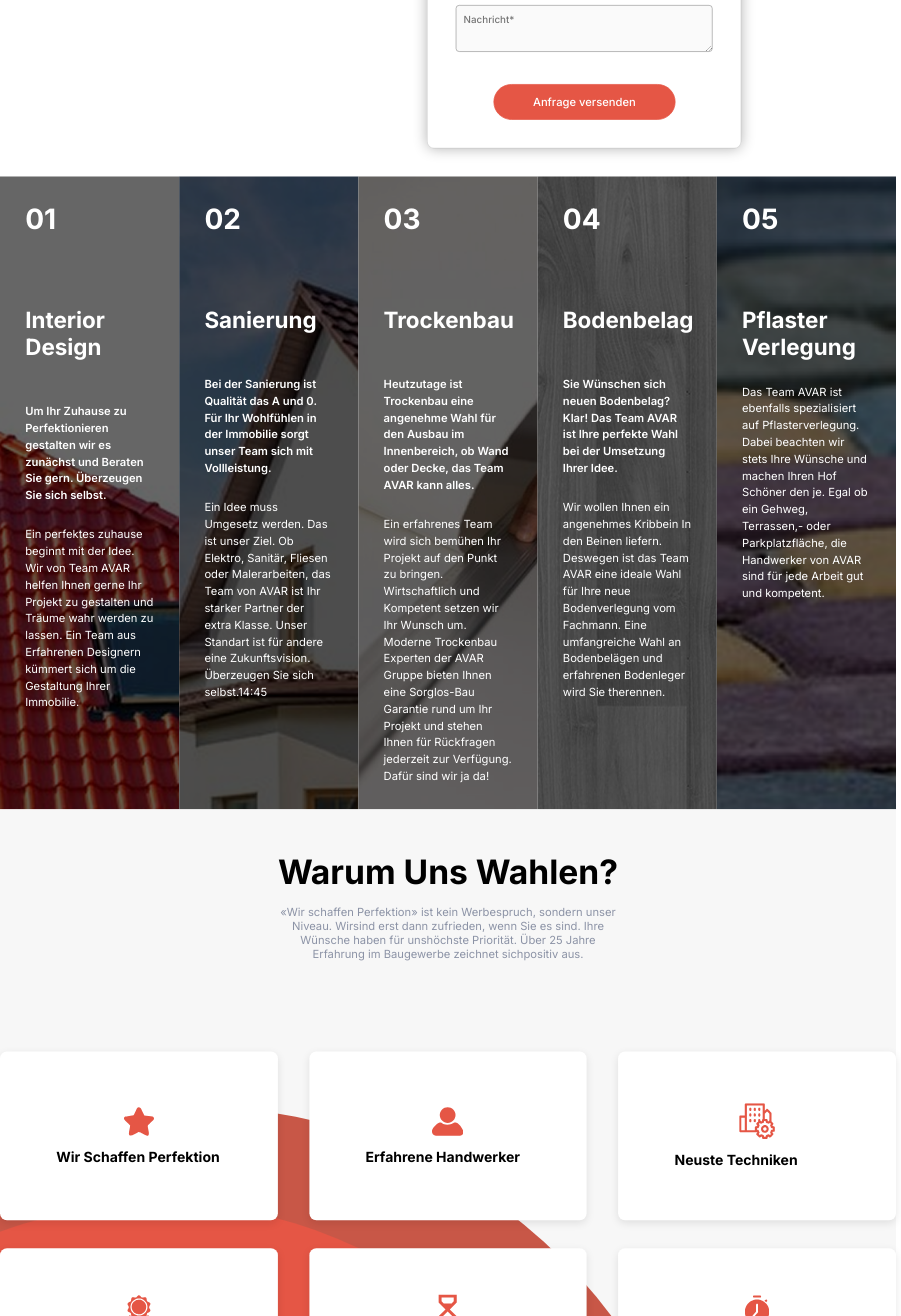
Repository: AlazarStudio/avar_react
Page: /
These files come from the project's save history. The page is drawn as it stood at one moment and after the next save; the edit follows.
The browser window is 1280 px wide. The page is 1287 px wide, so the pictures cover 1287 px, including what lies to the right of the window. The pictures show the part of the page from y = 1193 to 3073 px (the page is 7647 px tall), at 70% of full size.
The project was rebuilt for these pictures with package versions that can differ from the ones it lists, and the page was loaded fresh each time. Also part of the build but not shown: vite.config.js, src/Components/Pages/Non_Found_Page.jsx, src/Components/Pages/HomePage/HomePage.module.css, src/Components/Pages/UberUnsPage/UberUnsPage.module.css, src/Components/ui/UberUnsContainers/Container1/Container1.module.css, src/Components/ui/UberUnsContainers/Container1/Container1.jsx, src/Components/ui/UberUnsContainers/Container2/Container2.module.css, src/Components/ui/UberUnsContainers/Container2/Container2.jsx and 55 more.

Above is the page before, as saved 2025-07-04 15:38:07.

### index.html
<!DOCTYPE html>
<html lang="ru">
  <head>
    <meta charset="UTF-8" />
    <link rel="icon" type="image/svg+xml" href="/Vector.svg" />
    <meta name="viewport" content="width=device-width, initial-scale=1.0" />
    <title>AVAR</title>
    <!-- Основные мета-теги для iOS -->
    <meta name="apple-mobile-web-app-capable" content="yes" />
    <meta name="apple-mobile-web-app-status-bar-style" content="black" />
    <meta name="apple-mobile-web-app-title" content="My App" />

    <!-- Иконки для iOS -->
    <link rel="apple-touch-icon" href="/favicon-alazar-studio.png" />

    <!-- Цветовая схема для iOS (настраивает цвет адресной строки и интерфейса) -->
    <meta name="theme-color" content="#1976d2" />

    <link rel="manifest" href="/manifest.json" />
    <link
      href="https://fonts.googleapis.com/css2?family=Inter:wght@400;500;600;700&display=swap"
      rel="stylesheet"
    />

    <!-- <link rel="stylesheet" href="https://fonts.googleapis.com/css2?family=Montserrat:wght@400;700&display=swap"> -->
  </head>

  <body>
    <div id="root"></div>
    <script type="module" src="/src/main.jsx"></script>
  </body>
</html>

### src/index.css
* {
  margin: 0;
  padding: 0;
  box-sizing: border-box;
  /* font-family: 'Arial', sans-serif; */
  font-family: 'Inter', sans-serif;
  scroll-behavior: smooth;
}

a {
  text-decoration: none;
}

:root {
  --blockWidth: 1300px;
}

body {
  /* font-family: 'Arial', sans-serif; */
  font-family: 'Inter', sans-serif;
  background-color: #FFFFFF;
}

main {
  display: flex;
  flex-direction: column;
  gap: 80px;
  padding-bottom: 80px;
}

### src/Components/Standart/Layout/Layout.jsx
import React from "react";
import { Outlet } from "react-router-dom";

import Header from "../../Blocks/Header/Header"
import Footer from "../../Blocks/Footer/Footer";


function Empty({ children, ...props }) {
    return (
        <>
            <Header/>
            <Outlet />
            <Footer/>
        </>
    );
}

export default Empty;

### src/Components/Pages/HomePage/HomePage.jsx
import classes from './HomePage.module.css';

import 'swiper/css';
import 'swiper/css/navigation';
import 'swiper/css/pagination';
import Container1 from '../../ui/HomePageContainers/Container1/Container1';
import Container2 from '../../ui/HomePageContainers/Container2/Container2';
import Container3 from '../../ui/HomePageContainers/Container3/Container3';
import Container4 from '../../ui/HomePageContainers/Container4/Container4';
import Container5 from '../../ui/HomePageContainers/Container5/Container5';
import Container6 from '../../ui/HomePageContainers/Container6/Container6';
import Container7 from '../../ui/HomePageContainers/Container7/Container7';
import Container8 from '../../ui/HomePageContainers/Container8/Container8';
import Container9 from '../../ui/HomePageContainers/Container9/Container9';

function HomePage({ children, ...props }) {
  return (
    <>
      <div className={classes.contaier}>
        <Container1 />
        <Container2 />
        <Container3 />
        <Container4 />
        <Container5 />
        <Container6 />
        <Container7 />
        <Container8 />
        <Container9 />
      </div>
    </>
  );
}

export default HomePage;

### src/Components/Blocks/Header/Header.jsx
import React from 'react';
import { Link, useNavigate, useLocation } from 'react-router-dom';
import classes from './Header.module.css';

function Header({ children, ...props }) {
  const navigate = useNavigate();
  const location = useLocation(); // Получаем текущий путь

  // Условно применяем класс для синего фона на странице OneProjektPage
  const isOneProjectPage = location.pathname.includes('projekte/');

  return (
    <div
      className={`${classes.container} ${
        isOneProjectPage ? classes.blueBackground : ''
      }`}
    >
      <div className={classes.header}>
        <div className={classes.headerLeft}>
          <img src="../images/logoHome.png" onClick={() => navigate('/')} />
        </div>
        <div className={classes.headerRight}>
          <ul className={classes.navigate}>
            <li>
              <Link to="/">Home</Link>
            </li>
            <li>
              <Link to="/überUns">Über uns</Link>
            </li>
            <li>
              <Link to="/unserTeam">Unser Team</Link>
            </li>
            <li>
              <Link to="/bewertungen">Bewertungen</Link>
            </li>
            <li>
              <Link to="/services">Services</Link>
            </li>
            <li>
              <Link to="/projekte">Projekte</Link>
            </li>
            <li>
              <Link to="/kontakt">Kontakt</Link>
            </li>
            <li>
              <a className={classes.w} href="tel:01785029999">
                Call Us
              </a>
            </li>
          </ul>
        </div>
      </div>
    </div>
  );
}

export default Header;

### src/Components/ui/HomePageContainers/Container1/Container1.jsx
import React from 'react';
import classes from './Container1.module.css';

export default function Container1() {
  return (
    <div>
      <div className={classes.container1}>
        <div className={classes.content}>
          <div className={classes.box}>
            <div className={classes.block}>
              <span>
                Wir schaffen Räume, die begeistern - sauber und solide
              </span>
              <span>
                Von der ersten Baustufe bis zur letzten Politur stehen wir für
                Qualität, Zuverlässigkeit und Sauberkeit. Ob Bauleitung oder
                Gebäudereinigung - wir begleiten Ihr Projekt mit Erfahrung,
                Präzision und einem hohen Anspruch an Perfektion. Vertrauen Sie
                auf einen Partner, der Handwerk und Sauberkeit vereint.
              </span>
              <div className={classes.buttons}>
                <button>Kostenlose Beratung gewünscht?</button>
                {/* <button>Unsere Dienstleistungen</button> */}
              </div>
            </div>
          </div>
          <div className={classes.blockBottom}>
            <span>
              <img src="../images/coolicon (5).svg" />
              Aalborgring 4, 24109 Kiel
            </span>
            <div className={classes.contact}>
              <img src="../images/coolicon (1).svg" />
              <img src="../images/coolicon (2).svg" />
              <img src="../images/coolicon (3).svg" />
              <img src="../images/coolicon (4).svg" />
            </div>
          </div>
        </div>
      </div>
    </div>
  );
}

### src/Components/ui/HomePageContainers/Container3/Container3.jsx
import React from 'react';
import classes from './Container3.module.css';

export default function Container3() {
  return (
    <div>
      {' '}
      <div className={classes.container3}>
        <div className={classes.container3Block}>
          <div className={classes.container3BlockEl}>
            <span>01</span>
            <span>Interior Design</span>
            <span>
              Um Ihr Zuhause zu Perfektionieren gestalten wir es zunächst und
              Beraten Sie gern. Überzeugen Sie sich selbst.
            </span>
            <span>
              Ein perfektes zuhause beginnt mit der Idee. Wir von Team AVAR
              helfen Ihnen gerne Ihr Projekt zu gestalten und Träume wahr werden
              zu lassen. Ein Team aus Erfahrenen Designern kümmert sich um die
              Gestaltung Ihrer Immobilie.
            </span>
          </div>
          <div className={classes.container3BlockEl}>
            <span>02</span>
            <span>Sanierung</span>
            <span>
              Bei der Sanierung ist Qualität das A und 0. Für Ihr Wohlfühlen in
              der Immobilie sorgt unser Team sich mit Vollleistung.
            </span>
            <span>
              Ein Idee muss Umgesetz werden. Das ist unser Ziel. Ob Elektro,
              Sanitär, Fliesen oder Malerarbeiten, das Team von AVAR ist Ihr
              starker Partner der extra Klasse. Unser Standart ist für andere
              eine Zukunftsvision. Überzeugen Sie sich selbst.14:45
            </span>
          </div>
          <div className={classes.container3BlockEl}>
            <span>03</span>
            <span>Trockenbau</span>
            <span>
              Heutzutage ist Trockenbau eine angenehme Wahl für den Ausbau im
              Innenbereich, ob Wand oder Decke, das Team AVAR kann alles.
            </span>
            <span>
              Ein erfahrenes Team wird sich bemühen Ihr Projekt auf den Punkt zu
              bringen. Wirtschaftlich und Kompetent setzen wir Ihr Wunsch um.
              Moderne Trockenbau Experten der AVAR Gruppe bieten Ihnen eine
              Sorglos-Bau Garantie rund um Ihr Projekt und stehen Ihnen für
              Rückfragen jederzeit zur Verfügung. Dafür sind wir ja da!
            </span>
          </div>
          <div className={classes.container3BlockEl}>
            <span>04</span>
            <span>Bodenbelag</span>
            <span>
              Sie Wünschen sich neuen Bodenbelag? Klar! Das Team AVAR ist Ihre
              perfekte Wahl bei der Umsetzung Ihrer Idee.
            </span>
            <span>
              Wir wollen Ihnen ein angenehmes Kribbein In den Beinen liefern.
              Deswegen ist das Team AVAR eine ideale Wahl für Ihre neue
              Bodenverlegung vom Fachmann. Eine umfangreiche Wahl an
              Bodenbelägen und erfahrenen Bodenleger wird Sie therennen.
            </span>
          </div>
          <div className={classes.container3BlockEl}>
            <span>05</span>
            <span>Pflaster Verlegung</span>
            <span>
              Das Team AVAR ist ebenfalls spezialisiert auf Pflasterverlegung.
              Dabei beachten wir stets Ihre Wünsche und machen Ihren Hof Schöner
              den je. Egal ob ein Gehweg, Terrassen,- oder Parkplatzfläche, die
              Handwerker von AVAR sind für jede Arbeit gut und kompetent.

            </span>
          </div>
        </div>
      </div>
    </div>
  );
}

### src/Components/ui/HomePageContainers/Container5/Container5.jsx
import React from 'react';
import classes from './Container5.module.css';

export default function Container5() {
  return (
    <div>
      {' '}
      <div className={classes.container5}>
        <div className={classes.contaier5Block}>
          <div className={classes.contaier5BlockEl}>
            <span>200+</span>
            <span>Projekte jährlich</span>
          </div>
          <div className={classes.contaier5BlockEl}>
            <span>20</span>
            <span>Team von Handwerkern</span>
          </div>
          <div className={classes.contaier5BlockEl}>
            <span>110%</span>
            <span>Leistung</span>
          </div>
          <div className={classes.contaier5BlockEl}>
            <span>1</span>
            <span>Ziel</span>
          </div>
        </div>
      </div>
    </div>
  );
}

### src/Components/ui/HomePageContainers/Container7/Container7.jsx
import React from 'react';
import classes from './Container7.module.css';

export default function Container7() {
  return (
    <div>
      {' '}
      <div className={classes.container7}>
        <img src="../images/homeCon71.png" className={classes.contaier7Bg} />
        <div className={classes.container7Block}>
          <div className={classes.container7BlockLeft}>
            <img src="../images/homeCon72.png" />
          </div>
          <div className={classes.container7BlockRight}>
            <div className={classes.container7BlockRightEl}>
              <span>Das Sagen Unsere Uber Uns</span>
              <span>
                ‘’Wir Haben Das Team Von AVAR Am Anfang Mit Ein Wenig Vorsicht
                Betrachtet, Allerdings Haben Wir Schnell Gemerkt, Dass Es
                Erfahrene Jungs Sind, Die Ihre Arbeit Kennen Und Diese Einfach
                Auf Einem Unglaublichen Niveau Und Schnelligkeit Umsetzten. Im
                Moment Fehlt Das Geld Für Eine Zweite Wohnung, Allerdings, Falls
                Unsere Familie Sich Entschließt Im Laufe Der Zeit Eine Zweite Zu
                Kaufen, Werden Wir Uns Definitiv Für Eine Erneute Zusammenarbeit
                Mit Herrn Abakarov Von Team AVAR Entscheiden. Danke Euch!’’
              </span>
              <span>Pia-Maria Wendtland</span>
            </div>
          </div>
        </div>
      </div>
    </div>
  );
}

### src/Components/ui/HomePageContainers/Container9/Container9.jsx
import React from 'react';
import classes from './Container9.module.css';

export default function Container9() {
  return (
    <div>
      {' '}
      <div className={classes.container9}>
        <div className={classes.container9Block}>
          <span>Offizieller Partner Der Postbank</span>
          <a href="https://www.postbank.de/">
            <img src="../images/image 7.svg" />
          </a>
        </div>
      </div>
    </div>
  );
}

### src/Components/ui/HomePageContainers/Container5/Container5.module.css

.container5 {
  display: flex;
  align-items: center;
  justify-content: center;
  width: 100%;
  background-color: #f7f7f7;
}

.contaier5Block {
  display: flex;
  flex-direction: row;
  align-items: center;
  justify-content: space-between;
  width: 100%;
  max-width: 1304px;
  padding: 80px 60px;
}

.contaier5BlockEl {
  display: flex;
  flex-direction: column;
  gap: 16px;
  color: #8c93a6;
}

.contaier5BlockEl span:nth-of-type(1) {
  font-size: 64px;
  font-weight: 700;
  text-align: center;
}

.contaier5BlockEl span:nth-of-type(2) {
  font-size: 20px;
  font-weight: 700;
  text-align: center;
  width: 130px;
}

@media (max-width: 768px) {
  .container5 {
  }

  .contaier5Block {
    flex-wrap: wrap;
    width: 100%;
    max-width: 768px;
    padding: 40px;
    gap: 50px;
  }

  .contaier5BlockEl {
    display: flex;
    align-items: center;
    justify-content: center;
    width: 40%;
    gap: 12px;
  }

  .contaier5BlockEl span:nth-of-type(1) {
    font-size: 47px;
    font-weight: 700;
    text-align: center;
  }

  .contaier5BlockEl span:nth-of-type(2) {
    font-size: 14px;
    font-weight: 700;
    text-align: center;
  }
}

### src/Components/ui/HomePageContainers/Container6/Container6.module.css

.container6 {
  display: flex;
  align-items: center;
  justify-content: center;
  width: 100%;
  /* border: 1px solid red; */
}

.container6Block {
  display: flex;
  align-items: center;
  justify-content: center;
  flex-direction: column;
  width: 100%;
  max-width: 1304px;
  padding: 110px 0;
  gap: 66px;
  /* outline: 1px solid red; */
}

.container6BlockTop {
  display: flex;
  align-items: center;
  justify-content: center;
  width: 100%;
  font-size: 40px;
  font-weight: 700;
}

.container6BlockBottom {
  display: flex;
  align-items: center;
  justify-content: center;
  width: 100%;
}

.container6BlockBottom1 {
  display: flex;
  align-items: center;
  justify-content: center;
  width: 100%;
}

.container6BlockBottomEl {
  background: #fff;
  padding: 1.5rem;
  border-radius: 12px;
  /* box-shadow: 0 8px 24px rgba(0, 0, 0, 0.1); */
  display: flex;
  flex-direction: column;
  gap: 24px;
  /* text-align: center; */
  height: 100%;
  cursor: pointer;
  margin-top: 50px;
  margin-bottom: 80px;
}

.container6BlockBottomEl img {
  width: 100%;
  height: 285px;
  object-fit: cover;
  border-radius: 8px;
}

.container6BlockBottomEl span:nth-of-type(1) {
  font-size: 20px;
  font-weight: 700;
}

.container6BlockBottomEl span:nth-of-type(2) {
  font-size: 16px;
  font-weight: 400;
  color: #8c93a6;
}

@media (max-width: 768px) {
  .container6Block {
    padding: 40px 0;
    gap: 16px;
    /* outline: 1px solid red; */
  }

  .container6BlockTop {
    text-align: center;
    font-size: 24px;
    width: 260px;
  }
}

### src/Components/ui/HomePageContainers/Container9/Container9.module.css
.container9 {
  display: flex;
  align-items: center;
  justify-content: center;
  width: 100%;
}

.container9Block {
  display: flex;
  align-items: center;
  justify-content: center;
  gap: 62px;
  max-width: 1304px;
  padding-bottom: 150px;
}

.container9Block img {
  width: 748px;
  height: 203px;
}

.container9Block span {
  font-size: 40px;
  font-weight: 700;
  width: 410px;
  order: 2;
}

@media (max-width: 768px) {
  .container9 {
    display: flex;
    align-items: center;
    justify-content: center;
    width: 100%;
  }

  .container9Block {
    display: flex;
    flex-direction: column;
    align-items: center;
    justify-content: center;
    gap: 24px;
    max-width: 768px;
    padding: 15px;
  }

  .container9Block img {
    width: 100%;
    height: auto;
  }

  .container9Block span {
    display: flex;
    text-align: center;
    font-size: 24px;
    font-weight: 700;
    width: 280px;
  }
}

Loaded but not shown: src/main.jsx (common file); bd.js (104 lines, source omitted); src/Components/ui/HomePageContainers/Container2/Container2.jsx (167 lines, source omitted); src/Components/ui/HomePageContainers/Container2/Container2.module.css (315 lines, source omitted); src/Components/Blocks/Footer/Footer.module.css (246 lines, source omitted); src/Components/ui/HomePageContainers/Container1/Container1.module.css (251 lines, source omitted); src/Components/Blocks/Footer/Footer.jsx (77 lines, source omitted); src/Components/ui/HomePageContainers/Container3/Container3.module.css (145 lines, source omitted); src/Components/ui/HomePageContainers/Container4/Container4.module.css (147 lines, source omitted); src/Components/ui/HomePageContainers/Container8/Container8.module.css (120 lines, source omitted); src/Components/ui/HomePageContainers/Container4/Container4.jsx (51 lines, source omitted); src/Components/ui/HomePageContainers/Container7/Container7.module.css (120 lines, source omitted); src/Components/ui/HomePageContainers/Container6/Container6.jsx (56 lines, source omitted); src/Components/ui/HomePageContainers/Container8/Container8.jsx (55 lines, source omitted); src/App.jsx (40 lines, source omitted); src/Components/Blocks/Header/Header.module.css (101 lines, source omitted)

After the next save:
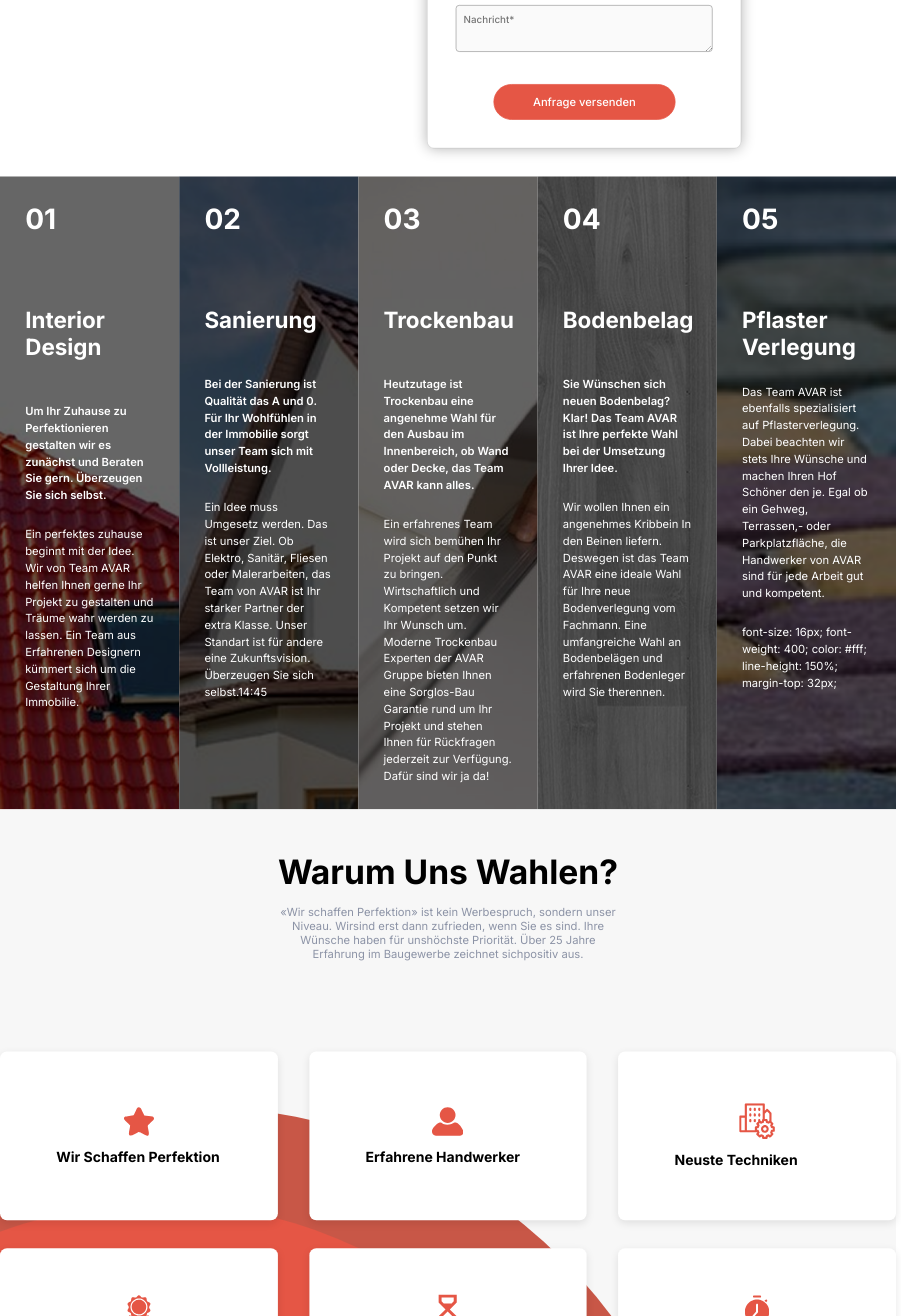
Saved 4 s later.
--- a/src/Components/ui/HomePageContainers/Container3/Container3.jsx
+++ b/src/Components/ui/HomePageContainers/Container3/Container3.jsx
@@ -72,7 +72,11 @@
               Dabei beachten wir stets Ihre Wünsche und machen Ihren Hof Schöner
               den je. Egal ob ein Gehweg, Terrassen,- oder Parkplatzfläche, die
               Handwerker von AVAR sind für jede Arbeit gut und kompetent.
-
+            </span>
+            <span>
+              {' '}
+              font-size: 16px; font-weight: 400; color: #fff; line-height: 150%;
+              margin-top: 32px;
             </span>
           </div>
         </div>

After the 3 saves that followed:
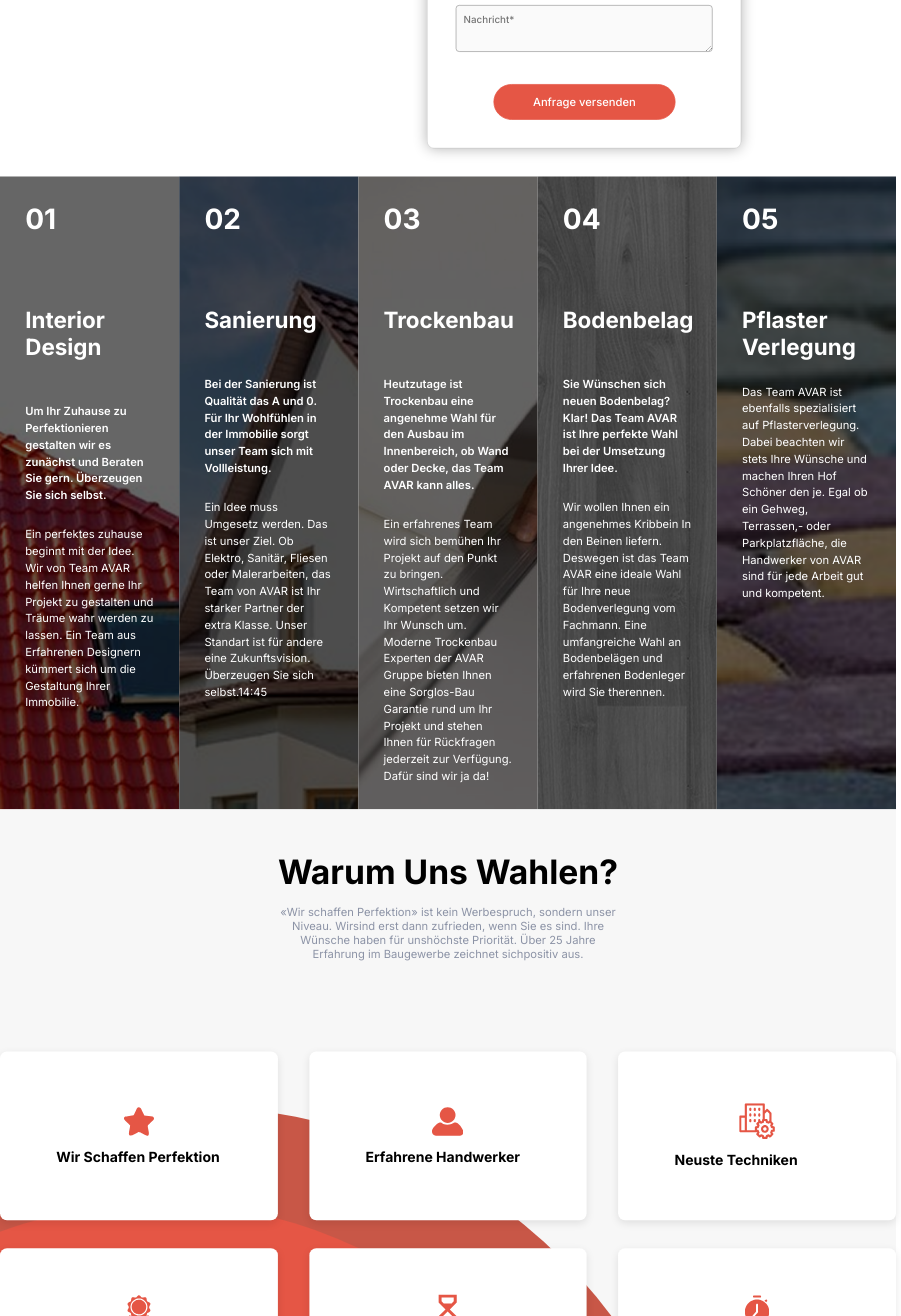
The 3 saves are shown as one change because they came seconds apart.
The last was saved 7 s later.
--- a/src/Components/ui/HomePageContainers/Container3/Container3.jsx
+++ b/src/Components/ui/HomePageContainers/Container3/Container3.jsx
@@ -72,11 +72,7 @@
               Dabei beachten wir stets Ihre Wünsche und machen Ihren Hof Schöner
               den je. Egal ob ein Gehweg, Terrassen,- oder Parkplatzfläche, die
               Handwerker von AVAR sind für jede Arbeit gut und kompetent.
-            </span>
-            <span>
-              {' '}
-              font-size: 16px; font-weight: 400; color: #fff; line-height: 150%;
-              margin-top: 32px;
+
             </span>
           </div>
         </div>
